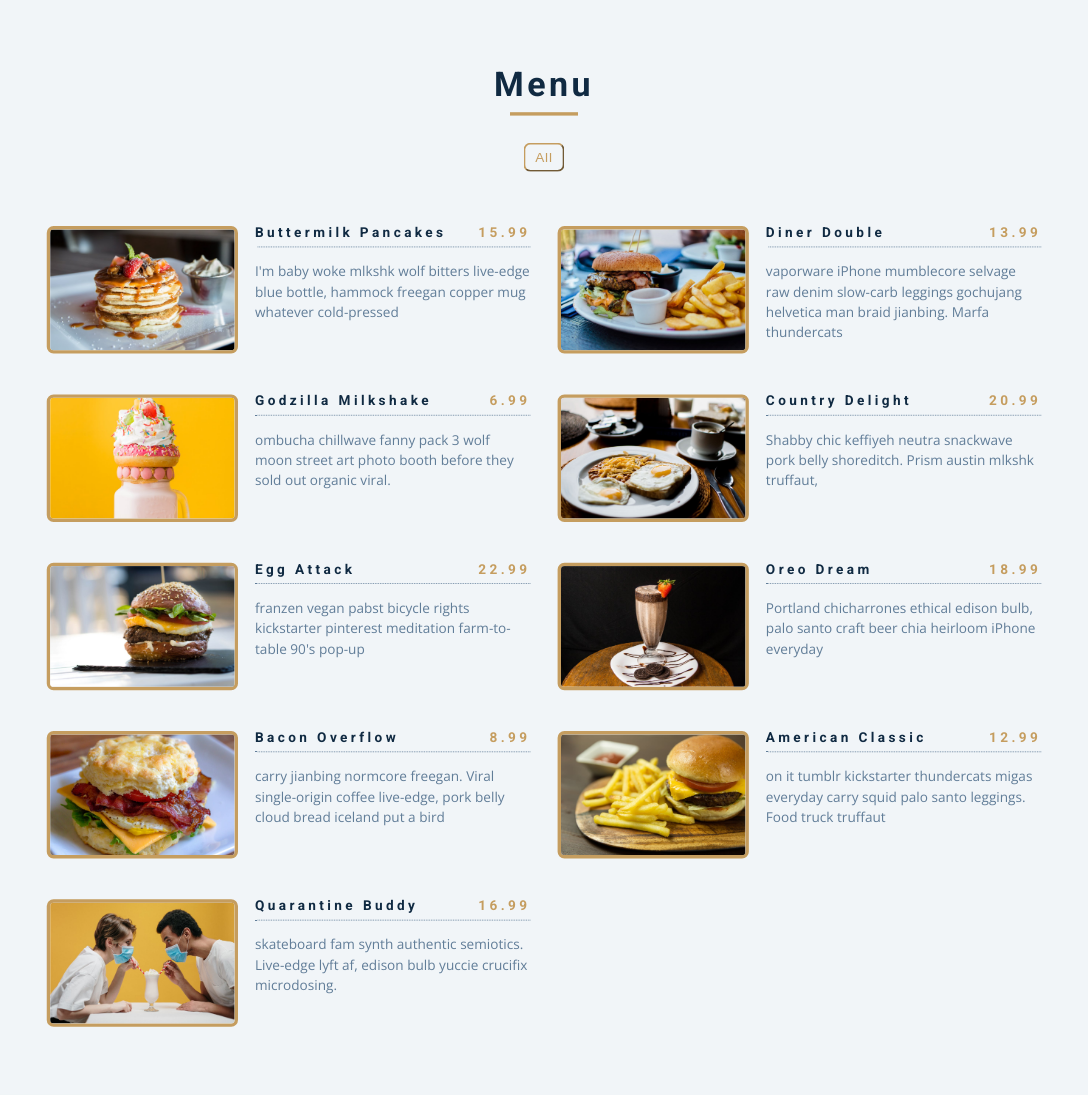
Repository: spidero7/Menu
Page: index.html
An editor plug-in stored every save of this project. The page is shown before and after the next save, followed by the edit.
The browser window is 1280 px wide. The pictures show the whole page, at 85% of full size.
Some web libraries are served in a nearby version.

Above is the page before, as saved 2021-10-02 07:31:16.

After the next save:
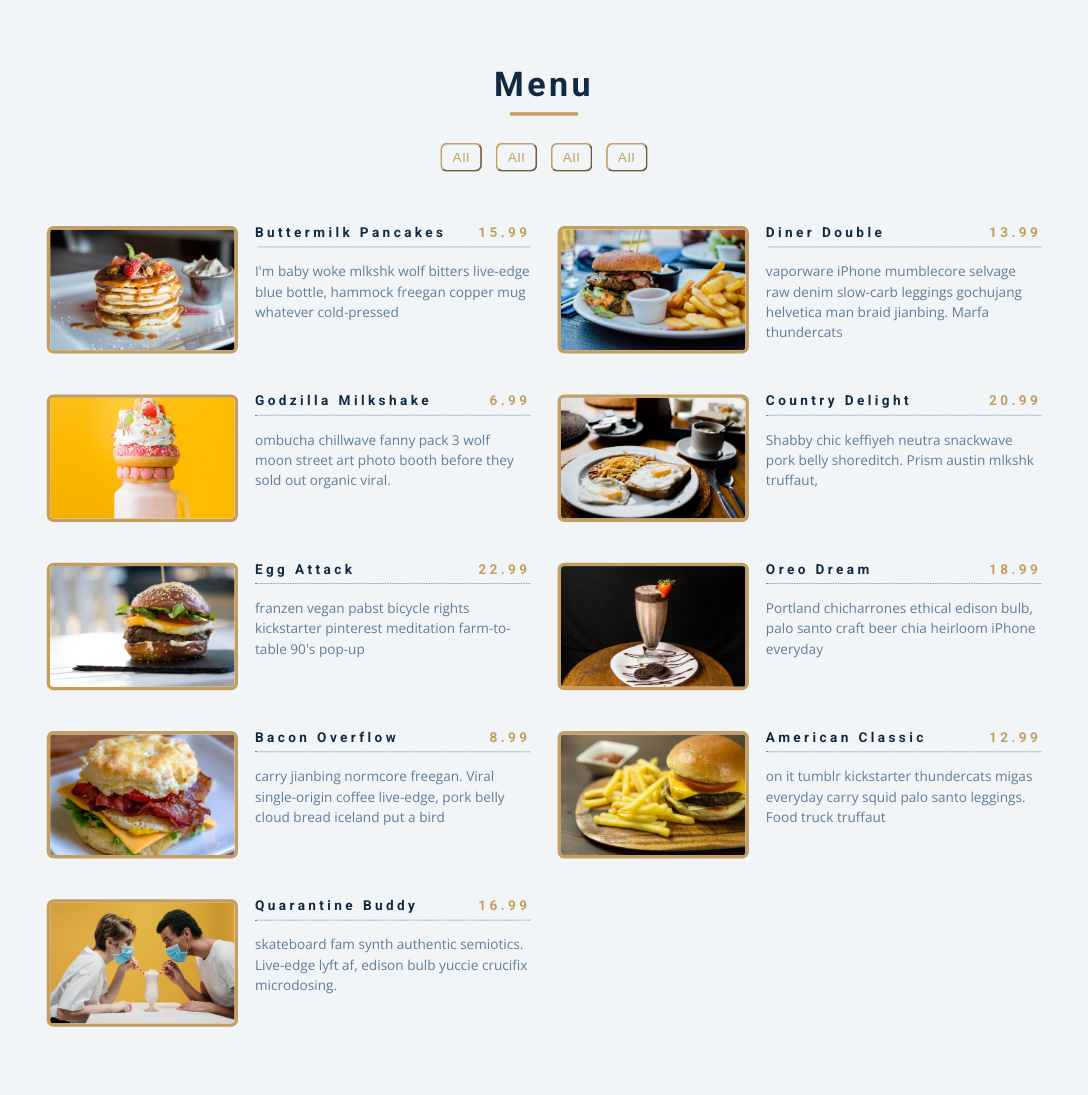
Saved 9 s later.
--- a/index.html
+++ b/index.html
@@ -19,6 +19,9 @@
         </div>
         <div class="btn-container">
             <button class="filter-btn" type="button">all</button>
+            <button class="filter-btn" type="button">all</button>
+            <button class="filter-btn" type="button">all</button>
+            <button class="filter-btn" type="button">all</button>
         </div>
         <div class="section-center">
             <article class="menu-item">
